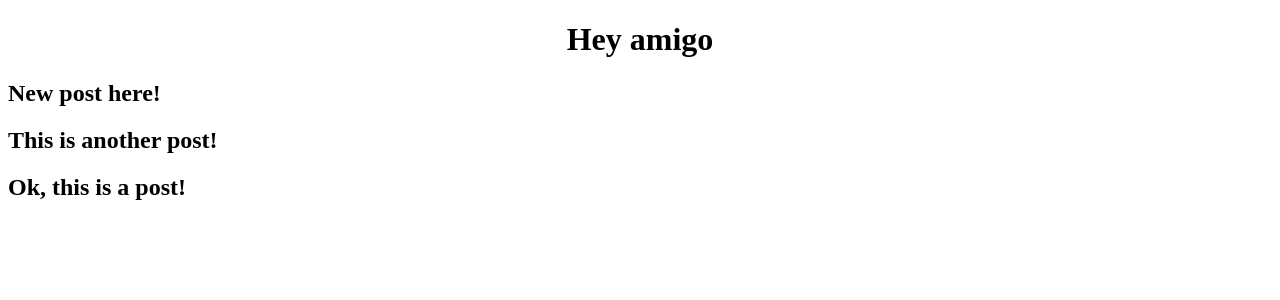
Repository: leandrobellini/Web-Developer-Bootcamp-Udemy
Page: http://localhost/posts
The author's editor kept a record of every edit. The page is drawn from the files as they stood at one moment, then again after the next edit.
The browser window is 1280 px wide. The pictures show the whole page.
The page is served by the project's Node server (MoreExpress/app.js).

Above is the page before.

After the next edit:
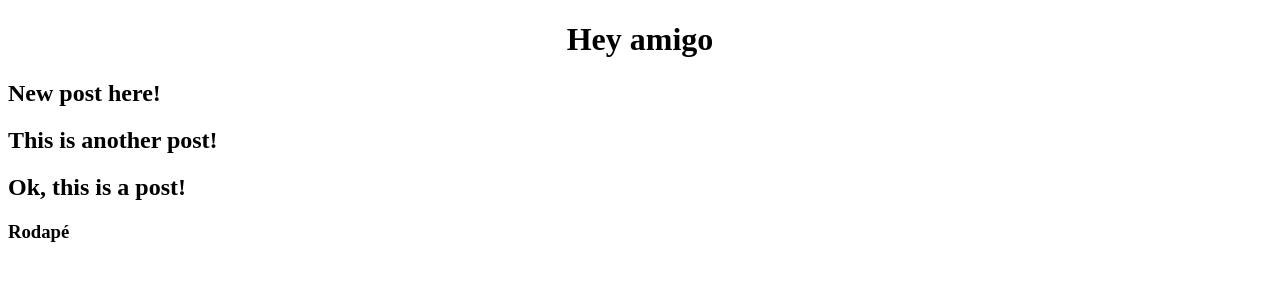
The edit:
--- a/29. RESTful Routing/workspace/MoreExpress/views/somar.ejs
+++ b/29. RESTful Routing/workspace/MoreExpress/views/somar.ejs
@@ -5,3 +5,5 @@
 <% for(var i = 0;i < dados.length; i++){ %>
    <h2><%= dados[i].title %></h2>
 <% } %>
+
+<% include partials/footer %>
